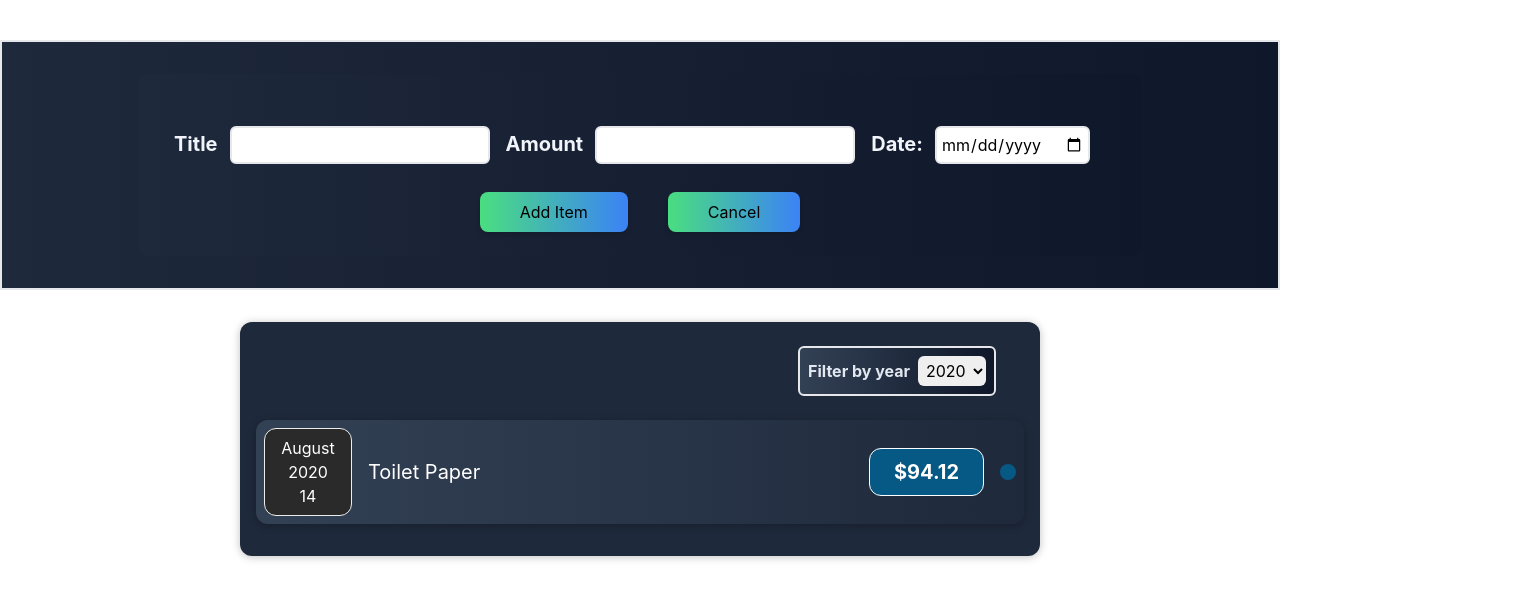
Repository: Sef24/expense-tracker
Page: /, after clicking the first element matching `button.flex`
These files come from the project's save history. The page is drawn as it stood at one moment and after the next save; the edit follows.
The browser window is 1280 px wide. The page is 1280 px wide, then 1527 px, then 1280 px, so the pictures cover 1527 px, including what lies to the right of the window. The pictures show the whole page.
The project was rebuilt for these pictures with package versions that can differ from the ones it lists, and the page was loaded fresh each time. Also part of the build but not shown: src/components/NewExpense/NewExpense.css, src/components/NewExpense/ExpenseForm.css.

Above is the page before, as saved 2022-05-03 19:06:59.

After the next save:
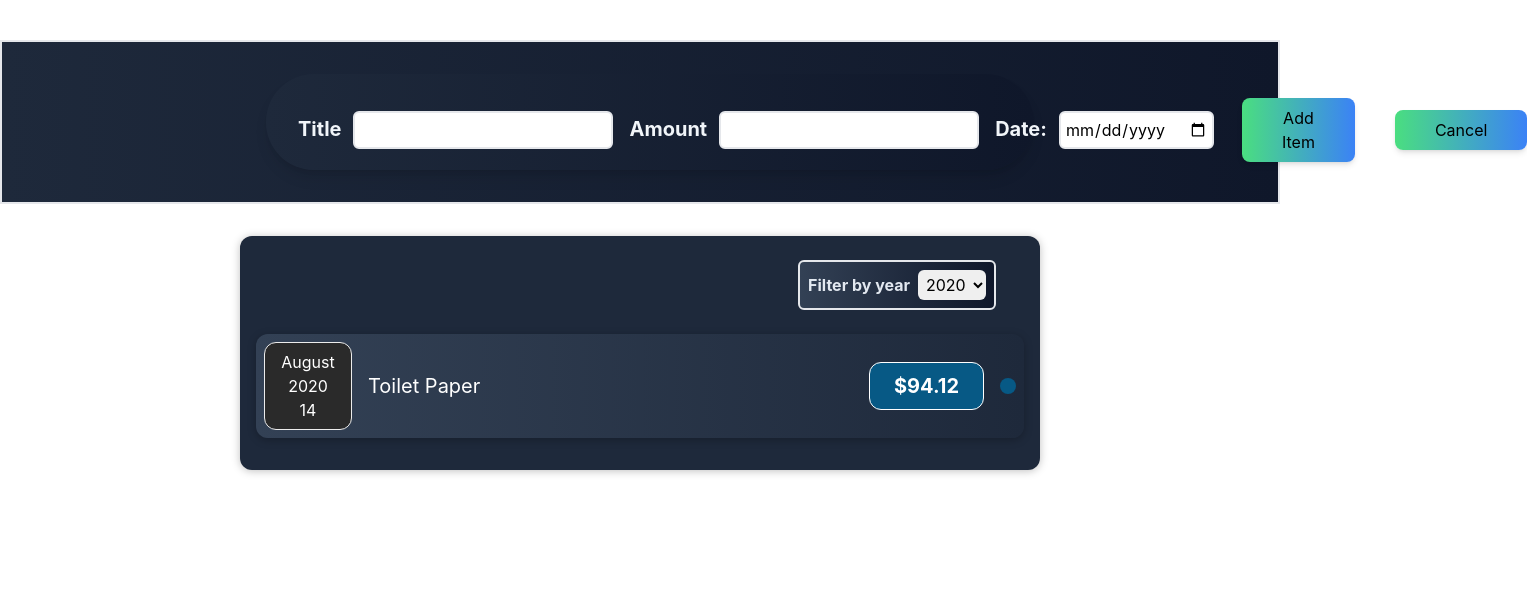
Saved 98 s later.
--- a/src/components/NewExpense/ExpenseForm.js
+++ b/src/components/NewExpense/ExpenseForm.js
@@ -34,7 +34,9 @@
 
   return (
     <form
-      className="bg-gradient-to-r from-slate-800 to-slate-900 ... p-6 m-4 rounded-xl"
+      className="bg-gradient-to-r from-slate-800 to-slate-900 ... p-6 m-4
+      flex flex-grow  px-5 py-2 ml-10 mr-5 first-line:border border-zinc-200
+            rounded-full shadow-lg max-w-3xl items-center"
       onSubmit={handleSubmit}
     >
       <div className="flex justify-center pt-4 m-3">

After the save that followed:
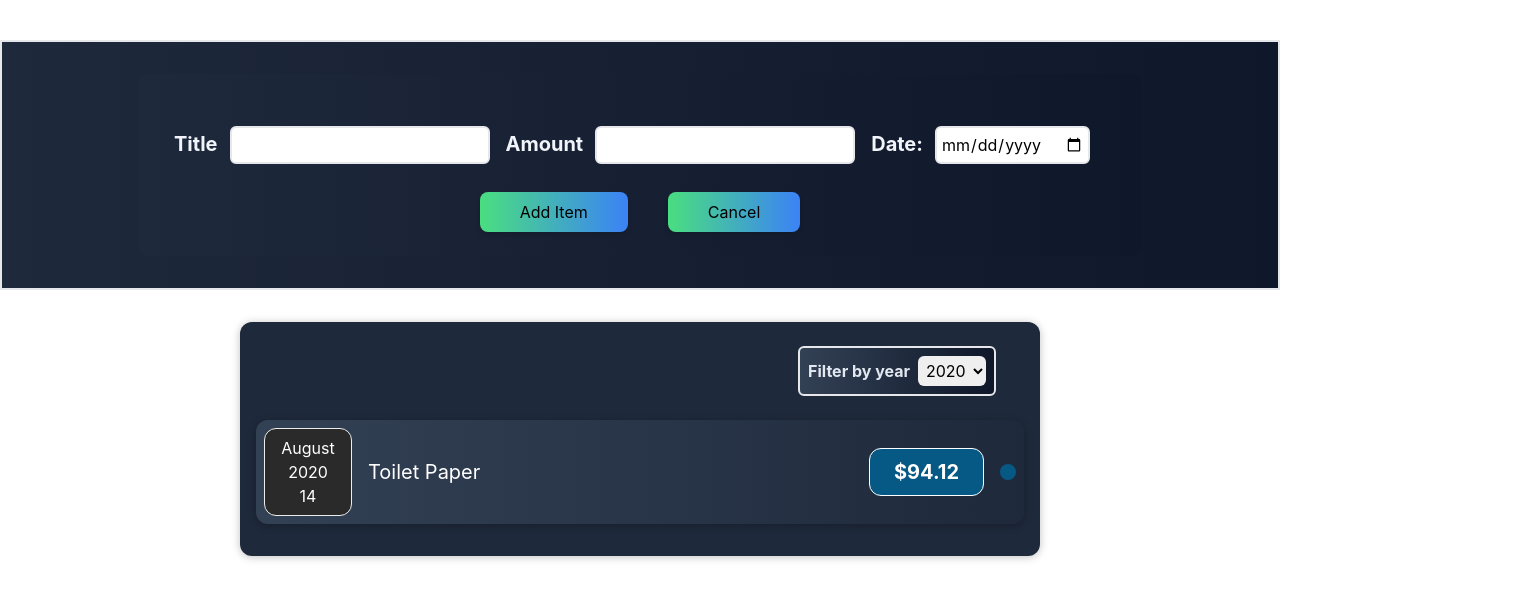
Saved 16 s later.
--- a/src/components/NewExpense/ExpenseForm.js
+++ b/src/components/NewExpense/ExpenseForm.js
@@ -34,9 +34,8 @@
 
   return (
     <form
-      className="bg-gradient-to-r from-slate-800 to-slate-900 ... p-6 m-4
-      flex flex-grow  px-5 py-2 ml-10 mr-5 first-line:border border-zinc-200
-            rounded-full shadow-lg max-w-3xl items-center"
+      className="bg-gradient-to-r from-slate-800 to-slate-900 ... p-6 m-4 rounded-xl
+      "
       onSubmit={handleSubmit}
     >
       <div className="flex justify-center pt-4 m-3">
